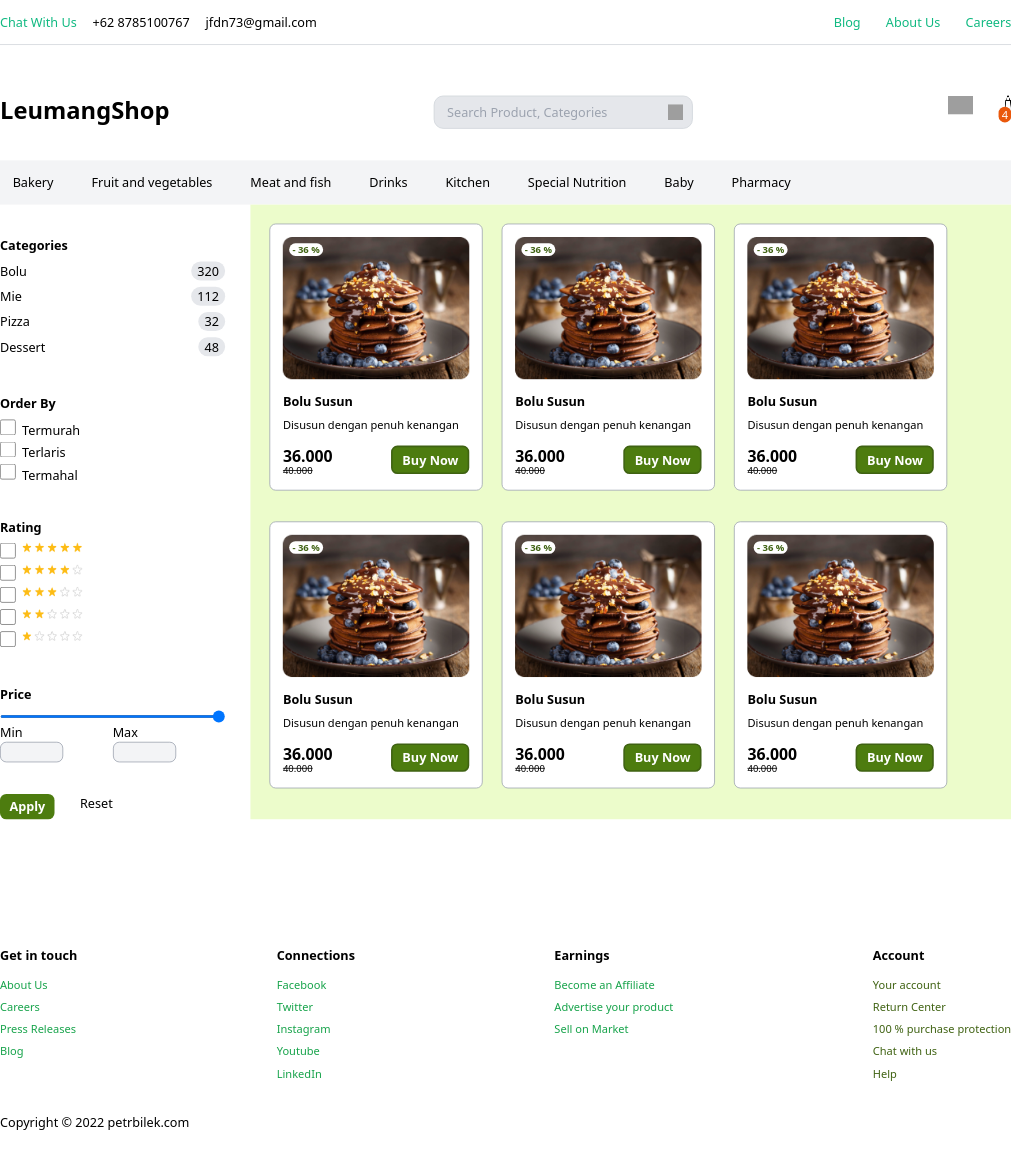
Repository: jafetdn73/ecommerce-tailwind
Page: /
An editor plug-in stored every save of this project. The page is shown before and after the next save, followed by the edit.
The browser window is 1280 px wide. The pictures show the whole page, at 79% of full size.
Pictures or frames that could not be fetched are drawn as grey boxes. The project was rebuilt for these pictures with package versions that can differ from the ones it lists, and the page was loaded fresh each time. Also part of the build but not shown: src/App.css.

Above is the page before, as saved 2022-03-14 16:00:00.

### src/App.js
import "./App.css";

function App() {
  return (
    <div className="bg-white container mx-auto">
      <div className="flex justify-between py-4 border-b border-gray-300">
        <div className="flex gap-5">
          <a href="http://google.com" className="text-emerald-500">
            Chat With Us
          </a>
          <a href="http://facebook.com">+62 8785100767</a>
          <a href="http://ggogl.com">jfdn73@gmail.com</a>
        </div>

        <div className="">
          <ul className="flex gap-8 text-emerald-500">
            <li>Blog</li>
            <li>About Us</li>
            <li>Careers</li>
          </ul>
        </div>
      </div>

      <div className="flex justify-between mt-16">
        <h1 className="text-3xl font-bold">LeumangShop</h1>
        <div className="flex w-full justify-center items-center">
          <input
            type="text"
            placeholder="Search Product, Categories"
            className="w-1/3 border border-gray-300 bg-gray-200 rounded-xl pl-4 py-2"
          />
          <img src="/images/search-icon.png" alt="search" className="w-5 h-5 -ml-8"/>
        </div>
        <div className="flex gap-10">
          <img src="/images/user-icon.png" alt="user" className="w-8 h-6"/>
          <div className="relative">
            <img src="/images/cart-icon.png" alt="icon" className="w-8 h-6"/>
            <label className="absolute bottom-2 -left-2 bg-orange-600 text-white py-0.25 px-1 rounded-full text-sm">4</label>
          </div>
        </div>
      </div>

      <div className="bg-gray-100 mt-10 py-4 pl-4 text-base font-medium">
        <ul className="flex gap-12">
          <li>Bakery</li>
          <li>Fruit and vegetables</li>
          <li>Meat and fish</li>
          <li>Drinks</li>
          <li>Kitchen</li>
          <li>Special Nutrition</li>
          <li>Baby</li>
          <li>Pharmacy</li>
        </ul>
        </div>

      {/* Container Wrapper */}
      <div className="flex gap-4">
        {/* Side Bar Container */}
        <div className="flex flex-col w-96" >
          {/* Categories Container */}
          <div className="flex flex-col mt-10">
            <h1 className="font-bold text-base mb-2">Categories</h1>
            <ul>
              <div className="flex justify-between">
                <li>Bolu</li><label className="mb-2 bg-gray-200 pl-2 pr-2 rounded-xl">320</label>
              </div>
              <div className="flex justify-between">
                <li>Mie</li><label className="mb-2 bg-gray-200 pl-2 pr-2 rounded-xl">112</label>
              </div>
              <div className="flex justify-between">
                <li>Pizza</li><label className="mb-2 bg-gray-200 pl-2 pr-2 rounded-xl">32</label>
              </div>
              <div className="flex justify-between">
                <li>Dessert</li><label className="mb-2 bg-gray-200 pl-2 pr-2 rounded-xl">48</label>
              </div>
            </ul>
          </div>
          {/* Order By Categories */}
          <div className="flex flex-col mt-10">
            <h1 className="font-bold mb-2">Order By</h1>
           <div>
              <input type="checkbox" className="accent-lime-700 w-5 h-5 mr-2 mb-2"></input>
              <span className="mb-1">Termurah</span>
          </div>
          <div>
            <input type="checkbox"  className="accent-lime-700 w-5 h-5 mr-2 mb-2"></input>
            <label>Terlaris</label>
          </div>
          <div>
            <input type="checkbox"  className="accent-lime-700 w-5 h-5 mr-2 mb-2"></input>
            <label>Termahal</label>
          </div>
          </div>
          {/* Rating Container */}
          <div className="flex flex-col mt-10">
            <h1 className="font-bold mb-2">Rating</h1>
           <div  className="flex">
             <input type="checkbox" className="accent-lime-700 w-5 h-5 mr-2 mb-2">
               </input>
               <div className="flex w-3 h-3 gap-1">
                 <img src="images/rate-star.png" alt="rate-star"/>
                 <img src="images/rate-star.png" alt="rate-star"/>
                 <img src="images/rate-star.png" alt="rate-star"/>
                 <img src="images/rate-star.png" alt="rate-star"/>
                 <img src="images/rate-star.png" alt="rate-star"/>
                 </div>
          </div>
          <div  className="flex">
             <input type="checkbox" className="accent-lime-700 w-5 h-5 mr-2 mb-2">
               </input>
               <div className="flex w-3 h-3 gap-1">
                 <img src="images/rate-star.png" alt="rate-star"/>
                 <img src="images/rate-star.png" alt="rate-star"/>
                 <img src="images/rate-star.png" alt="rate-star"/>
                 <img src="images/rate-star.png" alt="rate-star"/>
                 <img src="images/unrate-star.png" alt="unrate-star"/>
                 </div>
          </div>
          <div  className="flex">
             <input type="checkbox" className="accent-lime-700 w-5 h-5 mr-2 mb-2">
               </input>
               <div className="flex w-3 h-3 gap-1">
                 <img src="images/rate-star.png" alt="rate-star"/>
                 <img src="images/rate-star.png" alt="rate-star"/>
                 <img src="images/rate-star.png" alt="rate-star"/>
                 <img src="images/unrate-star.png" alt="unrate-star"/>
                 <img src="images/unrate-star.png" alt="unrate-star"/>
                 </div>
          </div>
          <div  className="flex">
             <input type="checkbox" className="accent-lime-700 w-5 h-5 mr-2 mb-2">
               </input>
               <div className="flex w-3 h-3 gap-1">
                 <img src="images/rate-star.png" alt="rate-star"/>
                 <img src="images/rate-star.png" alt="rate-star"/>
                 <img src="images/unrate-star.png" alt="unrate-star"/>
                 <img src="images/unrate-star.png" alt="unrate-star"/>
                 <img src="images/unrate-star.png" alt="unrate-star"/>
                 </div>
          </div>
          <div  className="flex">
             <input type="checkbox" className="accent-lime-700 w-5 h-5 mr-2 mb-2">
               </input>
               <div className="flex w-3 h-3 gap-1">
                 <img src="images/rate-star.png" alt="rate-star"/>
                 <img src="images/unrate-star.png" alt="unrate-star"/>
                 <img src="images/unrate-star.png" alt="unrate-star"/>
                 <img src="images/unrate-star.png" alt="unrate-star"/>
                 <img src="images/unrate-star.png" alt="unrate-star"/>
                 </div>
          </div>

          </div>
          {/* Price Container */}
          <div className="flex flex-col mt-10">
          <h1 className="font-bold">Price</h1>
          <div><input
                type="range"
                className="w-full h-1 p-0 bg-gray-200 focus:outline-none focus:ring-0 focus:shadow-sm"
                min="0"
                max="5"
              />
           </div>
           <div className="flex">
             <div className="w-2/4"><label>Min</label><br></br><input className="w-20 bg-gray-100 border border-gray-400 rounded-lg" type="text"/></div>
             <div  className="w-2/4"><label>Max</label><br></br><input className="w-20 bg-gray-100 border border-gray-400 rounded-lg" type="text"/></div>
           </div>
          </div>
          <div className="flex mt-10">
            <button className="py-1 px-3 mr-8 rounded-lg font-bold bg-lime-700 text-white">Apply</button><label>Reset</label></div>
        </div>
        <div className="bg-gray-100">
          <div className="bg-yellow-100">
          </div>
        </div>
        {/* Container Content */}
        <div className="flex flex-wrap bg-lime-100 w-full p-6 gap-6" >

          <div className="w-70 h-fit p-4 bg-white border border-gray-400 rounded-lg">
            <div className="flex relative">
              <img src="images/bolu-susun.png" alt="bolu-susun" width="236" height="180"/>
              <label className="text-lime-800 font-bold text-xs ml-2 absolute bottom-26 left-0 bg-white mt-2 mb-2 pl-1 pr-1 rounded-xl">- 36 %</label>
            </div>
            <div>
            <h1 className="font-bold text-base mt-4 mb-2">Bolu Susun</h1>
            <p className="text-sm">Disusun dengan penuh kenangan</p>
            </div>
            <div className="flex justify-between mt-4">
              <div className="flex flex-col">
                <label className="font-bold text-xl">36.000</label>
                <label className="line-through text-xs -mt-1">40.000</label>
              </div>
              <div>
                <button className="py-1 px-3 rounded-lg font-bold border-2 border-lime-800 bg-lime-700 text-white">Buy Now</button>
              </div>
            </div>
          </div>

          <div className="w-70 h-fit p-4 bg-white border border-gray-400 rounded-lg">
            <div className="flex relative">
              <img src="images/bolu-susun.png" alt="bolu-susun" width="236" height="180"/>
              <label className="text-lime-800 font-bold text-xs ml-2 absolute bottom-26 left-0 bg-white mt-2 mb-2 pl-1 pr-1 rounded-xl">- 36 %</label>
            </div>
            <div>
            <h1 className="font-bold text-base mt-4 mb-2">Bolu Susun</h1>
            <p className="text-sm">Disusun dengan penuh kenangan</p>
            </div>
            <div className="flex justify-between mt-4">
              <div className="flex flex-col">
                <label className="font-bold text-xl">36.000</label>
                <label className="line-through text-xs -mt-1">40.000</label>
              </div>
              <div>
                <button className="py-1 px-3 rounded-lg font-bold border-2 border-lime-800 bg-lime-700 text-white">Buy Now</button>
              </div>
            </div>
          </div>

          <div className="w-70 h-fit p-4 bg-white border border-gray-400 rounded-lg">
            <div className="flex relative">
              <img src="images/bolu-susun.png" alt="bolu-susun" width="236" height="180"/>
              <label className="text-lime-800 font-bold text-xs ml-2 absolute bottom-26 left-0 bg-white mt-2 mb-2 pl-1 pr-1 rounded-xl">- 36 %</label>
            </div>
            <div>
            <h1 className="font-bold text-base mt-4 mb-2">Bolu Susun</h1>
            <p className="text-sm">Disusun dengan penuh kenangan</p>
            </div>
            <div className="flex justify-between mt-4">
              <div className="flex flex-col">
                <label className="font-bold text-xl">36.000</label>
                <label className="line-through text-xs -mt-1">40.000</label>
              </div>
              <div>
                <button className="py-1 px-3 rounded-lg font-bold border-2 border-lime-800 bg-lime-700 text-white">Buy Now</button>
              </div>
            </div>
          </div>

          <div className="w-70 h-fit p-4 bg-white border border-gray-400 rounded-lg">
            <div className="flex relative">
              <img src="images/bolu-susun.png" alt="bolu-susun" width="236" height="180"/>
              <label className="text-lime-800 font-bold text-xs ml-2 absolute bottom-26 left-0 bg-white mt-2 mb-2 pl-1 pr-1 rounded-xl">- 36 %</label>
            </div>
            <div>
            <h1 className="font-bold text-base mt-4 mb-2">Bolu Susun</h1>
            <p className="text-sm">Disusun dengan penuh kenangan</p>
            </div>
            <div className="flex justify-between mt-4">
              <div className="flex flex-col">
                <label className="font-bold text-xl">36.000</label>
                <label className="line-through text-xs -mt-1">40.000</label>
              </div>
              <div>
                <button className="py-1 px-3 rounded-lg font-bold border-2 border-lime-800 bg-lime-700 text-white">Buy Now</button>
              </div>
            </div>
          </div>

          <div className="w-70 h-fit p-4 bg-white border border-gray-400 rounded-lg">
            <div className="flex relative">
              <img src="images/bolu-susun.png" alt="bolu-susun" width="236" height="180"/>
              <label className="text-lime-800 font-bold text-xs ml-2 absolute bottom-26 left-0 bg-white mt-2 mb-2 pl-1 pr-1 rounded-xl">- 36 %</label>
            </div>
            <div>
            <h1 className="font-bold text-base mt-4 mb-2">Bolu Susun</h1>
            <p className="text-sm">Disusun dengan penuh kenangan</p>
            </div>
            <div className="flex justify-between mt-4">
              <div className="flex flex-col">
                <label className="font-bold text-xl">36.000</label>
                <label className="line-through text-xs -mt-1">40.000</label>
              </div>
              <div>
                <button className="py-1 px-3 rounded-lg font-bold border-2 border-lime-800 bg-lime-700 text-white">Buy Now</button>
              </div>
            </div>
          </div>

          <div className="w-70 h-fit p-4 bg-white border border-gray-400 rounded-lg">
            <div className="flex relative">
              <img src="images/bolu-susun.png" alt="bolu-susun" width="236" height="180"/>
              <label className="text-lime-800 font-bold text-xs ml-2 absolute bottom-26 left-0 bg-white mt-2 mb-2 pl-1 pr-1 rounded-xl">- 36 %</label>
            </div>
            <div>
            <h1 className="font-bold text-base mt-4 mb-2">Bolu Susun</h1>
            <p className="text-sm">Disusun dengan penuh kenangan</p>
            </div>
            <div className="flex justify-between mt-4">
              <div className="flex flex-col">
                <label className="font-bold text-xl">36.000</label>
                <label className="line-through text-xs -mt-1">40.000</label>
              </div>
              <div>
                <button className="py-1 px-3 rounded-lg font-bold border-2 border-lime-800 bg-lime-700 text-white">Buy Now</button>
              </div>
            </div>
          </div>

        </div>
      </div>

      {/* footer */}
      <div className="flex justify-between mb-8 mt-40">

<div className="">
  <h2 className="font-bold mb-4">Get in touch</h2>
  <ul className="text-sm text-green-600">
    <li className="mb-2">About Us</li>
    <li className="mb-2">Careers</li>
    <li className="mb-2">Press Releases</li>
    <li className="mb-2">Blog</li>
  </ul>
</div>

<div className="">
  <h2 className="font-bold mb-4">Connections</h2>
  <ul className="text-sm text-green-600">
    <li className="mb-2">Facebook</li>
    <li className="mb-2">Twitter</li>
    <li className="mb-2">Instagram</li>
    <li className="mb-2">Youtube</li>
    <li className="mb-2">LinkedIn</li>
  </ul>
</div>

<div className="">
  <h2 className="font-bold mb-4">Earnings</h2>
  <ul className="text-sm text-green-600">
    <li className="mb-2">Become an Affiliate</li>
    <li className="mb-2">Advertise your product</li>
    <li className="mb-2">Sell on Market</li>
  </ul>
</div>

<div className="">
  <h2 className="font-bold mb-4">Account</h2>
  <ul className="text-sm text-lime-800">
    <li className="mb-2">Your account</li>
    <li className="mb-2">Return Center</li>
    <li className="mb-2">100 % purchase protection</li>
    <li className="mb-2">Chat with us</li>
    <li className="mb-2">Help</li>
  </ul>
</div>

</div>

{/* copyright */}
<div className="mb-10">
<h4>Copyright &copy; 2022 petrbilek.com</h4>
</div>

    </div>
  );
}

export default App;

Loaded but not shown: public/index.html (common file); src/index.js (common file); src/index.css (common file); src/reportWebVitals.js (common file); tailwind.config.js (common file)

After the next save:
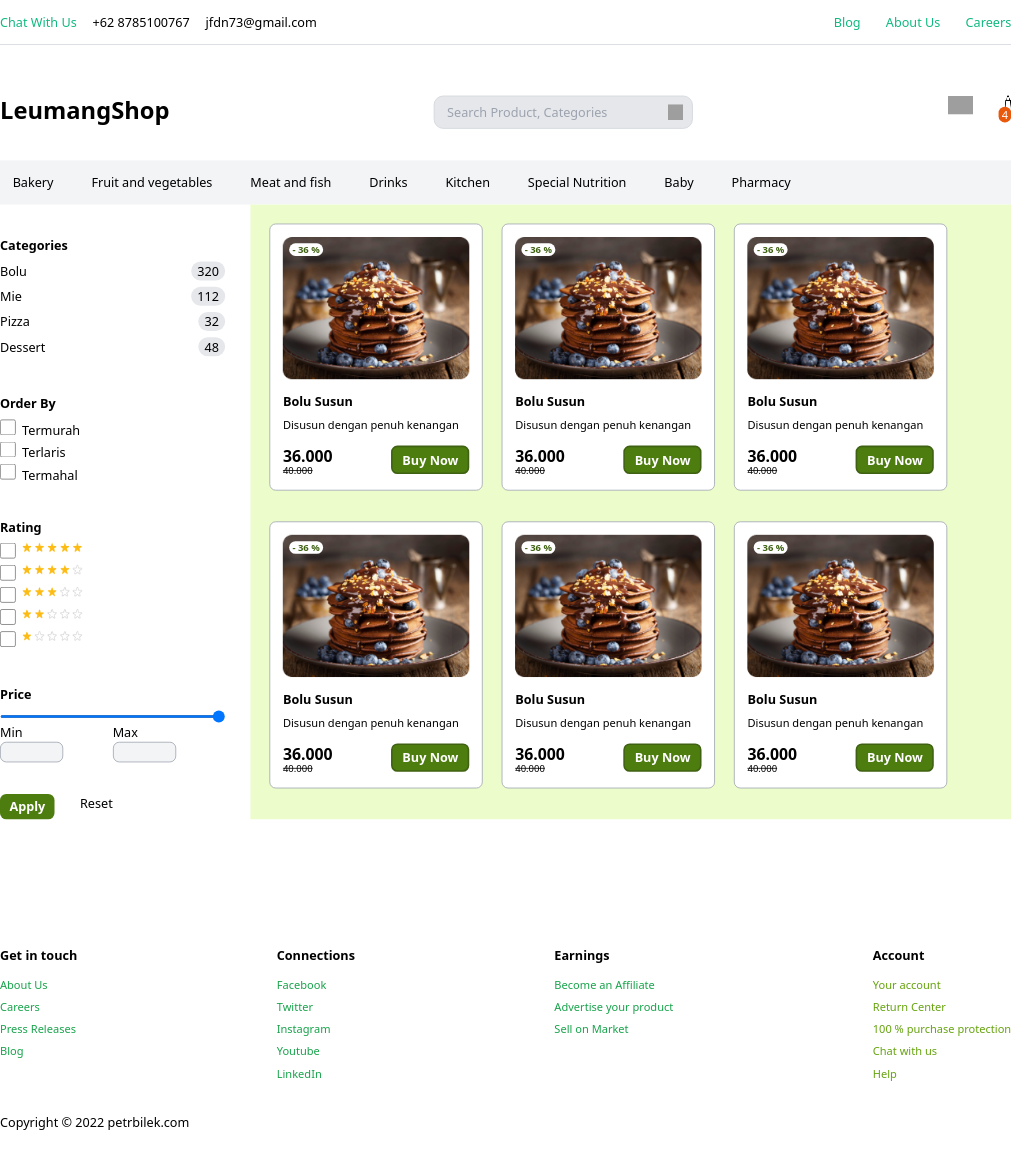
Saved 29 s later.
--- a/src/App.js
+++ b/src/App.js
@@ -334,7 +334,7 @@ function App() {
 
 <div className="">
   <h2 className="font-bold mb-4">Account</h2>
-  <ul className="text-sm text-lime-800">
+  <ul className="text-sm text-lime-600">
     <li className="mb-2">Your account</li>
     <li className="mb-2">Return Center</li>
     <li className="mb-2">100 % purchase protection</li>
